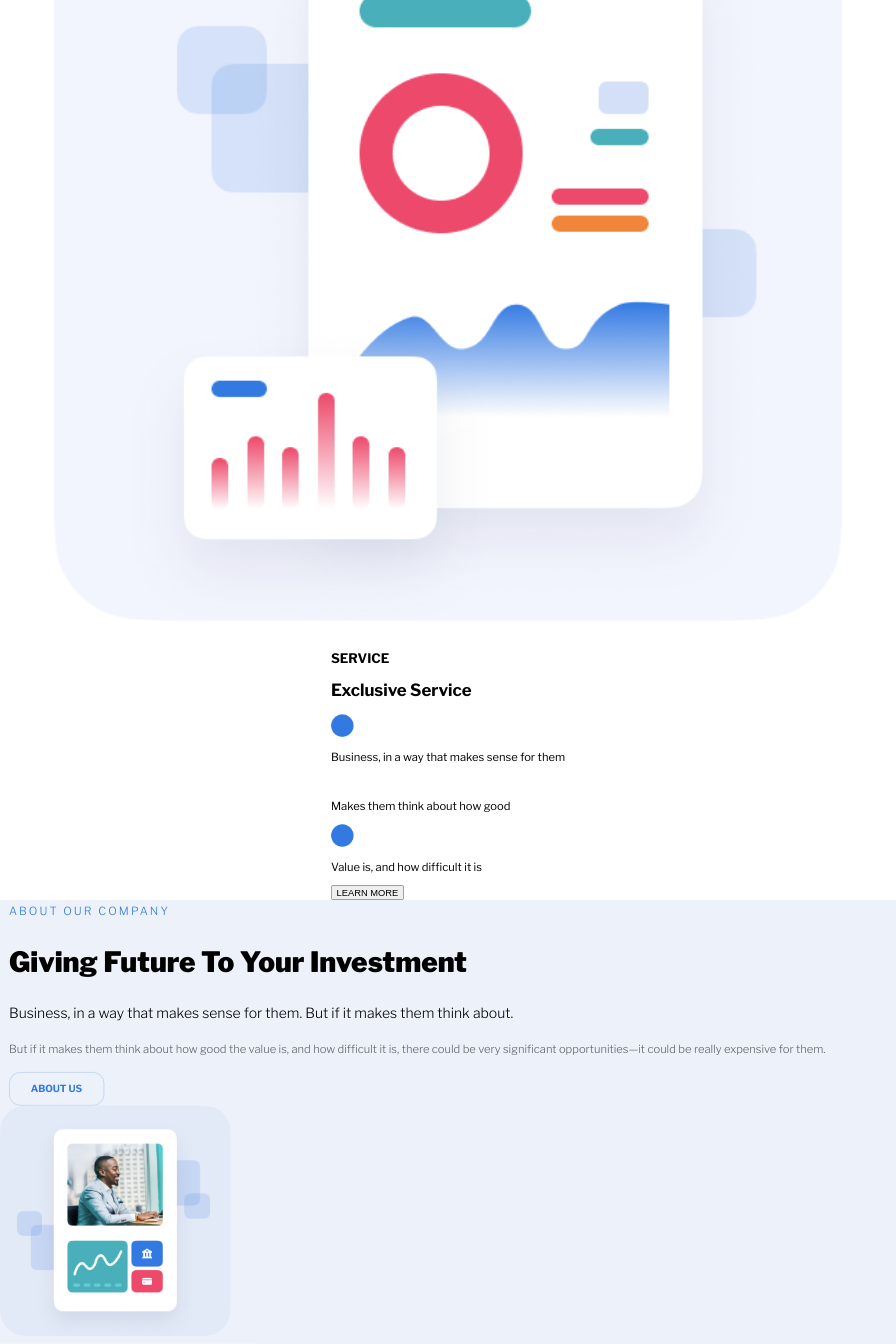
Repository: adryelfelipe/frontend-prova
Page: prova-figma/Prova/index.html
An editor plug-in stored every save of this project. The page is shown before and after the next save, followed by the edit.
The browser window is 1280 px wide. The pictures show the part of the page from y = 1901 to 3821 px (the page is 3821 px tall), at 70% of full size.

Above is the page before, as saved 2026-06-22 19:05:16.

### prova-figma/Prova/index.html
<!DOCTYPE html>
<html lang="en">
<head>
    <meta charset="UTF-8">
    <meta name="viewport" content="width=device-width, initial-scale=1.0">
    <link rel="stylesheet" href="style/variaveis.css">
    <link rel="stylesheet" href="./style/style.css">
    <title>Document</title>
</head>
<body>
    <header>
        <h2>MNY</h2>

        <nav>
            <p>About</p>
            <p>Features</p>
            <p>Services</p>
            <p>Pricing</p>
            <p>Blog</p>
        </nav>

        <button>CONTACT</button>

        <img src="./assets/icon/hamburguer.svg" alt="">
    </header>
    <main>
        <section class="hero">
            <article class="hero-first-article">
                <h3 class="subtitle-base hero-subtitle">MAKE MONEY</h3>
                <h1 class="title-base hero-title">Grow Your Money Like Never Before</h1>
                <p class="paragraph hero-paragraph">Business, in a way that makes sense for them. But if it makes them think about how good the value.</p>
                <button class="hero-button">GET STARTED</button>
            </article>
            <article class="hero-second-article">
                <!-- <img class src="assets/img/homem-terno.png" alt=""> -->
            </article>
        </section>

        <section class="service">
            <div class="service-container">
                <article class="service-card">
                    <div class="bg-icon-fly">
                        <img src="./assets/icon/icon1-fly-section2.svg" class="icon-fly" alt="">
                    </div>

                    <h3 class="subtitle-tertiary">Strong Security</h3>
                    <p class="paragraph">Way that makes sense for them. But if it makes them think about how good the value is, and how difficult it is.</p>
                </article>

                <article class="service-card">
                    <div class="bg-icon-backpack">
                        <img src="./assets/icon/icon2-backpack-section2.png" class="icon-backpack" alt="">
                    </div>

                    <h3 class="subtitle-tertiary">Creative Solutions</h3>
                    <p class="paragraph">But if it makes them think about how good the value is, and how difficult it is, there could be very significant.</p>
                </article>

                <article class="service-card">
                    <div class="bg-icon-rocket">
                        <img src="./assets/icon/icon3-rocket-section2.png" class="icon-rocket" alt="">
                    </div>

                    <h3 class="subtitle-tertiary">Free Online</h3>
                    <p class="paragraph">Good the value is, and how difficult it is, there could be very significant opportunities.</p>
                </article>
            </div>

            <div class="service-container-line">

            </div>

            <img src="./assets/img/infos-section2.png" class="service-img" alt="">

            <article>
                <h3>SERVICE</h3>
                <h2>Exclusive Service</h2>

                <div>
                    <img src="./assets/icon/bg-icon4-section2.png" alt="">
                    <img src="./assets/icon/correct-icon-section2.png" alt="">
                    <p>Business, in a way that makes sense for them</p>
                </div>

                <div>
                    <img src="./assets/icon/correct-icon-section2.png" alt="">
                    <p>Makes them think about how good</p>
                </div>

                <div>
                    <img src="./assets/icon/bg-icon4-section2.png" alt="">
                    <img src="./assets/icon/correct-icon-section2.png" alt="">
                    <p>Value is, and how difficult it is</p>
                </div>

                <button>LEARN MORE</button>
            </article>
        </section>
        <section class="our-company">
            <article class="company-first-article">
                <h3 class="subtitle-base company-subtitle">ABOUT OUR COMPANY</h3>
                <h2 class="subtitle-secondary">Giving Future To Your Investment</h2>
                <p class="company-paragraph">Business, in a way that makes sense for them. But if it makes them think about.</p>
                <p class="paragraph company-paragraph-second">But if it makes them think about how good the value is, and how difficult it is, there could be very significant opportunities—it could be really expensive for them.</p>
                <button class="company-button">ABOUT US</button>
            </article>
            <article class="company-second-article">
                <img src="assets/img/our-company.png" alt="">
            </article>
        </section>
    </main>
</body>
</html>

### prova-figma/Prova/style/variaveis.css
@import url('https://fonts.googleapis.com/css2?family=Libre+Franklin:ital,wght@0,100..900;1,100..900&display=swap');

:root {
    --primary-color: #FFFFFF;
    --header-icon-border-color: rgba(255, 255, 255, 0.3);
    --bg-color: rgba(50, 121, 226, 1);

    --subtitle: rgba(170, 196, 234, 1);

    --normal-line: rgba(213, 214, 225, 1);

    /*Icons Session 2*/
    --bg-icon-fly: rgba(230, 247, 248, 1);
    --bg-icon-backpack: rgba(252, 237, 240, 1);
    --bg-icon-rocket: rgba(253, 243, 230, 1);

    --icon-fly-color: rgba(73, 175, 186, 1);
    --icon-backpack-color: rgba(237, 73, 107, 1);
    --icon-rocket-colot: rgba(241, 134, 59, 1);
}

.title-base{
    font-family: 'Libre Franklin';
    font-weight: 900;
    font-size: 3.5rem;
    line-height: 64px;
    letter-spacing: -1px;
}

.subtitle-base{
    margin: 0;
    font-family: 'Libre Franklin';
    font-weight: 300;
    font-size: 1rem;
    line-height: 32px;
    letter-spacing: 3px;
    text-transform: uppercase;
}

.subtitle-secondary{
    font-family: 'Libre Franklin';
    font-weight: 900;
    font-size: 2.5rem;
    line-height: 48px;
    letter-spacing: 0px;
}

.subtitle-tertiary{
    font-family: Libre Franklin;
    font-weight: 900;
    font-size: 24px;
    line-height: 32px;
    letter-spacing: 0px;
}

.paragraph{
    font-family: 'Libre Franklin';
    font-weight: 300;
    font-size: 1rem;
    line-height: 32px;
    letter-spacing: 0px;
}

### prova-figma/Prova/style/style.css
body{
    font-family:"Libre Franklin";
    margin: 0px;
}

/* HEADER */
header{
    display: flex;
    justify-content: space-around;
    align-items: center;
    background-color: var(--bg-color);
}

header nav{
    display: none;
}

header button{
    display: none;
}

header img {
    border: solid 1px var(--header-icon-border-color);
    border-radius: 16px;
}

header h2 {
    color: var(--primary-color);
}


/* SECTION HERO */
.hero{
    background: linear-gradient(135deg, #3279E2 0%, #CACAEB 100%);
    margin-bottom: 80px;
}

.hero-first-article{
    width: 98%;                     /*OBSERVAÇÃO IMPORTANTE EM QUESTÃO          DO POSICIONAMENTO E FIDELIDADE AO FIGMA*/
    justify-self: center;           /*O POSICIONAMENTO FOI ALTERADO POIS, EMBORA A TIPOGRAFIA TENHA SIDO COPIADA EXTRITAMENTE SEMLHANTE AO FIGMA OS TAMANHOS E POSICIONAMENTOS DA TELA NA RESOLUÇÃO MÍNIMA INDICADA NÃO DARIAM CERTO*/
}

.hero-subtitle{
    color: var(--subtitle);
}

.hero-title{
    color: var(--primary-color);
}

.hero-paragraph{
    color: rgba(255, 255, 255, 0.5);
}

.hero-button{
    background-color: rgba(17, 17, 17, 1);
    color: var(--primary-color);
    padding: 16px 30px;
    font-family: Libre Franklin;
    font-weight: 700;
    font-size: 14px;
    line-height: 100%;
    letter-spacing: 0px;
    text-align: center;
    text-transform: uppercase;
    border: none;
    border-radius: 16px;
}

/* .hero-second-article{
    width: 405px;
    height: 80%;
}

.image{
    object-fit: cover;

} */

/* SECTION SERVICE */
.service {
    display: flex;
    flex-direction: column;
    align-items: center;
}

.service-container {
    display: flex;
    flex-direction: column;
    gap: 64px;
}

.service-container-line {
    height: 1px;
    background-color: var(--normal-line);
    width: 85vw;
    justify-self: center;
    margin-top: 80px;
    margin-bottom: 95px;
}

.service-img {
    justify-self: center;
    width: 88vw;
    height: 88vw;
}

.service-card {
    display: flex;
    flex-direction: column;
}

.service-card p {
    width: 306px;
}

.bg-icon-fly {
    display: flex;
    justify-content: center;
    align-items: center;
    border-radius: 100px;
    width: 102px;
    height: 102px;
    background-color: var(--bg-icon-fly)
}

.icon-fly {
    height: 2rem;
    width: 3rem;
}

.bg-icon-backpack {
    display: flex;
    justify-content: center;
    align-items: center;
    border-radius: 100px;
    width: 102px;
    height: 102px;
    background-color: var(--bg-icon-backpack)
}

.icon-backpack {
    height: 2,5rem;
    width: 3rem;
}

.bg-icon-rocket {
    display: flex;
    justify-content: center;
    align-items: center;
    border-radius: 100px;
    width: 102px;
    height: 102px;
    background-color: var(--bg-icon-rocket)
}

.icon-rocket {
    height: 3rem;
    width: 3rem;
}

/* SECTION OUR COMPANY */

.our-company{
    background-color: rgba(236, 241, 250, 1);
}

.company-subtitle{
    color: rgba(50, 121, 226, 1);
}

.company-paragraph{
    font-family: Libre Franklin;
    font-weight: 300;
    font-size: 20px;
    line-height: 32px;
    letter-spacing: 0px;
}

.company-button{
    background-color: transparent;
    color: rgba(50, 121, 226, 1);
    padding: 16px 30px;
    font-family: Libre Franklin;
    font-weight: 700;
    font-size: 14px;
    line-height: 100%;
    letter-spacing: 0px;
    text-align: center;
    text-transform: uppercase;
    border: 1px solid rgba(50, 121, 226, 0.3);
    border-radius: 16px;
}

.company-paragraph-second{
    color: rgba(51, 51, 51, 0.75);
}

.company-first-article{
    width: 98%;
    justify-self: center;
}

.company-first-article{
    width: 98%;
    justify-self: center;
}

After the next save:
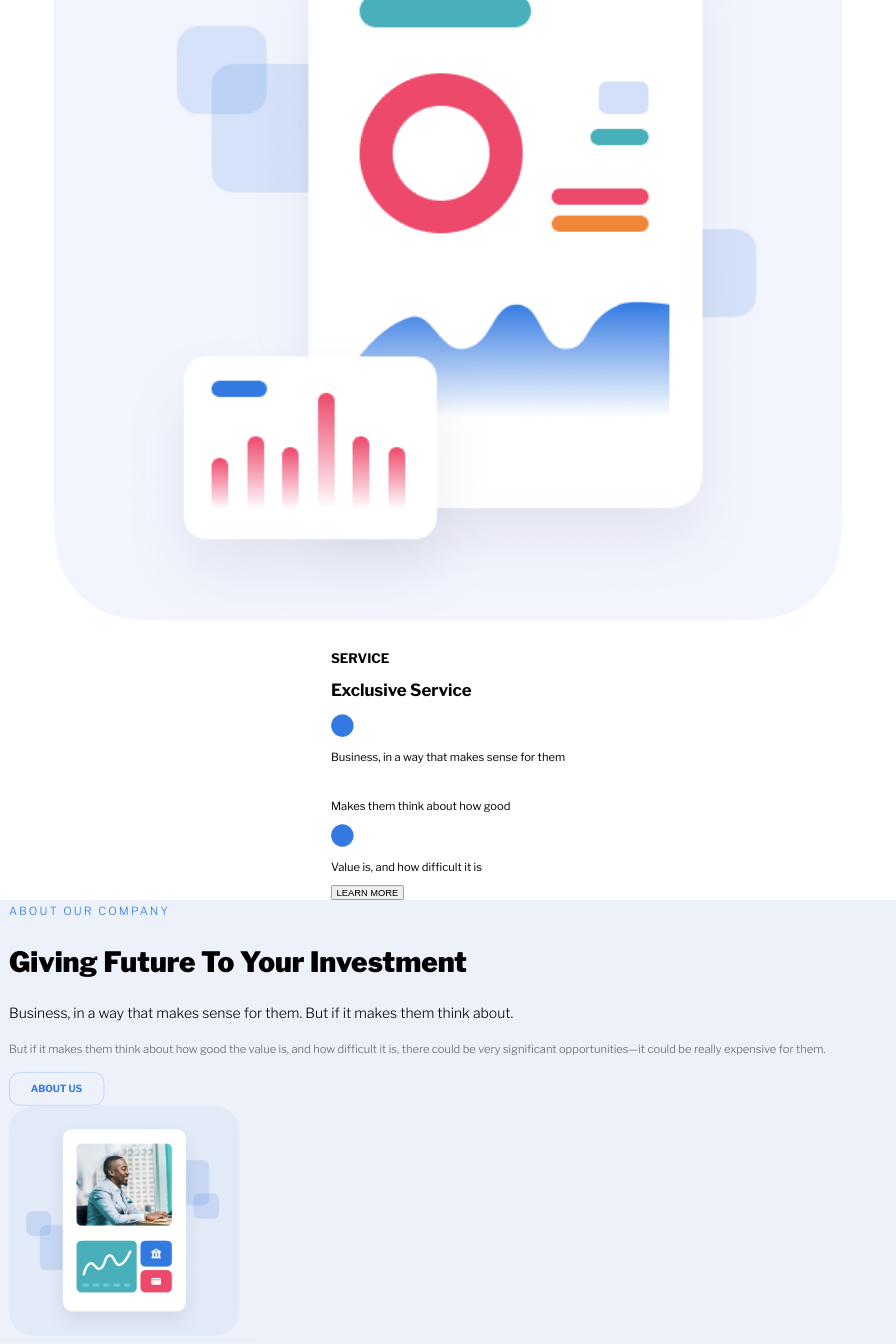
Saved 3 s later.
--- a/prova-figma/Prova/style/style.css
+++ b/prova-figma/Prova/style/style.css
@@ -201,7 +201,7 @@ header h2 {
     justify-self: center;
 }
 
-.company-first-article{
+.company-second-article{
     width: 98%;
     justify-self: center;
 }
